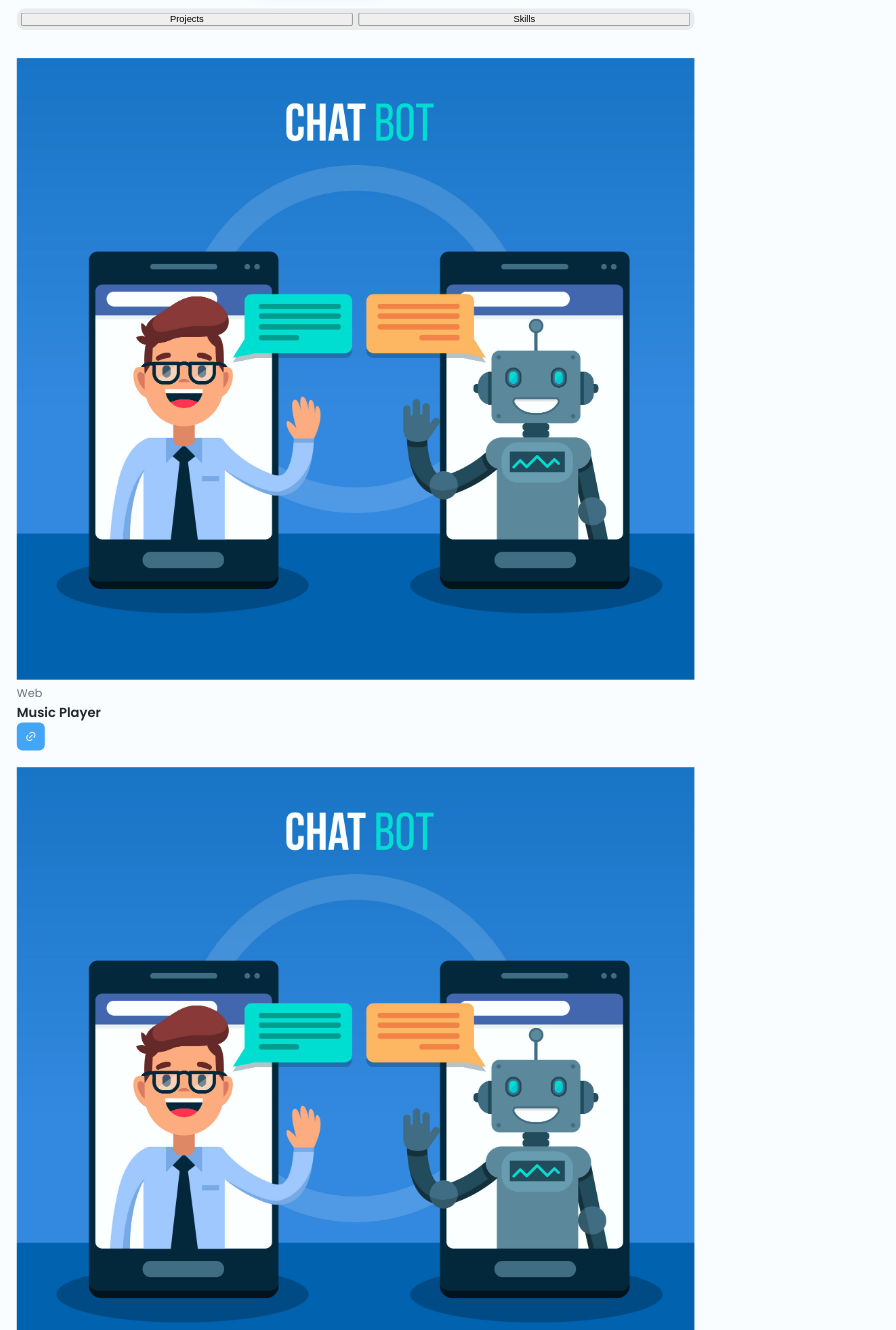
Repository: Kaii-Dev/Porfolio
Page: index.html
The author's editor kept a copy of each file at every save. The page is drawn from the files as they stood at one save, then again after the next save.
The browser window is 1280 px wide. The pictures show the part of the page from y = 490 to 2390 px (the page is 4601 px tall before and 4597 px after), at 70% of full size.
A picture or video elsewhere on the page could not be fetched, so the positions and the page height are approximate. Some web libraries are served in a nearby version.

Above is the page before, as saved 2022-04-12 16:28:33.

### index.html
<!DOCTYPE html>
<html lang="en">
  <head>
    <meta charset="UTF-8" />
    <meta http-equiv="X-UA-Compatible" content="IE=edge" />
    <meta name="viewport" content="width=device-width, initial-scale=1.0" />
    <title>Portfolio</title>
    <link
      href="https://cdn.jsdelivr.net/npm/remixicon@2.2.0/fonts/remixicon.css"
      rel="stylesheet"
    />
    <link rel="stylesheet" href="./Assets/css/app.css" />
  </head>
  <body>
    <!-- HEADER PROFILE -->
    <header class="profile container">
      <div class="profile__container grid">
        <div class="profile__data">
          <div class="profile__border">
            <div class="profile__perfil">
              <img src="./Assets/img/perfil.jpeg" alt="" />
            </div>
          </div>

          <h2 class="profile__name">Khai Le</h2>
          <h3 class="profile__profession">Front-End Developer</h3>
          <ul class="profile__social">
            <a
              href="https://www.linkedin.com/in/le-khai-68b2921b0/"
              target="_blank"
              class="profile__social-link"
            >
              <i class="ri-linkedin-box-line"></i>
            </a>
            <a
              href="https://www.facebook.com/lkakaizy"
              target="_blank"
              class="profile__social-link"
            >
              <i class="ri-facebook-circle-line"></i>
            </a>
            <a
              href="https://github.com/Kaii-Dev"
              target="_blank"
              class="profile__social-link"
            >
              <i class="ri-github-line"></i>
            </a>
          </ul>
        </div>
        <div class="profile__info grid">
          <div class="profile__info group">
            <h3 class="profile__info-number">2</h3>
            <p class="profile__info-description">
              Language <br />
              certification
            </p>
          </div>
          <div class="profile__info group">
            <h3 class="profile__info-number">+10</h3>
            <p class="profile__info-description">
              Completed <br />
              projects
            </p>
          </div>
          <div class="profile__info group">
            <h3 class="profile__info-number">1</h3>
            <p class="profile__info-description">
              University's <br />
              scholarship
            </p>
          </div>
        </div>

        <div class="profile__buttons">
          <!-- insert cv -->
          <a download="" href="./Assets/pdf/" class="button">
            Download CV <i class="ri-download-line"></i>
          </a>

          <div class="profile__buttons-small">
            <!-- insert phone number -->
            <a
              href="tel: 0842454228"
              target="_blank"
              class="button button__small button__gray"
            >
              <i class="ri-phone-line"></i>
            </a>
            <a
              href="https://m.me/lkakaizy"
              target="_blank"
              class="button button__small button__gray"
            >
              <i class="ri-messenger-line"></i>
            </a>
          </div>
        </div>
      </div>
    </header>
    <!-- MAIN -->
    <main class="main">
      <section class="filters container">
        <!-- FILTERS TABS -->
        <ul class="filters__content">
          <button class="filters__button" data-target="#projects">
            Projects
          </button>
          <button class="filters__button" data-target="#skills">Skills</button>
        </ul>
        <div class="filters__sections">
          <!-- PROJECTS -->
          <div class="projects__content grid" data-content id="projects">
            <article>
              <img src="./Assets/img/pic1.jpeg" alt="" class="projects__img" />
              <div class="projects__modal">
                <div class="">
                  <span class="projects__subtitle">Web</span>
                  <h3 class="projects__title">Music Player</h3>
                  <a
                    href="https://kaii-dev.github.io/Music-player/"
                    class="projects__button button button__small"
                  >
                    <i class="ri-link"></i>
                  </a>
                </div>
              </div>
            </article>

            <article>
              <img src="./Assets/img/pic1.jpeg" alt="" class="projects__img" />
              <div class="projects__modal">
                <div class="">
                  <span class="projects__subtitle">Web</span>
                  <h3 class="projects__title">Covid ChatBot</h3>
                  <a
                    href="https://kaii-dev.github.io/Covid-ChatBot/"
                    class="projects__button button button__small"
                  >
                    <i class="ri-link"></i>
                  </a>
                </div>
              </div>
            </article>
            <article>
              <img src="./Assets/img/pic1.jpeg" alt="" class="projects__img" />
              <div class="projects__modal">
                <div class="">
                  <span class="projects__subtitle">Web</span>
                  <h3 class="projects__title">To do list</h3>
                  <a
                    href="https://kaii-dev.github.io/TO-DO-LIST/"
                    class="projects__button button button__small"
                  >
                    <i class="ri-link"></i>
                  </a>
                </div>
              </div>
            </article>

            <article>
              <img src="./Assets/img/pic1.jpeg" alt="" class="projects__img" />
              <div class="projects__modal">
                <div class="">
                  <span class="projects__subtitle">Web</span>
                  <h3 class="projects__title">Assets Management</h3>
                  <a href="" class="projects__button button button__small">
                    <i class="ri-link"></i>
                  </a>
                </div>
              </div>
            </article>
          </div>
          <!-- SKILLS -->
          <div class="skills__content grid" data-content id="skills"></div>
        </div>
      </section>
    </main>
    <!-- FOOTER -->
    <footer class="footer container"></footer>
    <!-- SCROLL REVEAL -->
    <script src="./Assets/js/app.js"></script>
  </body>
</html>

### Assets/css/app.css
/* GOOGLE FONT */
@import url("https://fonts.googleapis.com/css2?family=Poppins:wght@400;500;600&display=swap");
/* VAR CSS */
:root {
  --hue: 207;
  --sat: 90%;
  --lig: 61%;

  --first-color: hsl(var(--hue), var(--sat), var(--lig));
  --first-color-alt: hsl(var(--hue), var(--sat), 57%);
  --title-color: hsl(var(--hue), 12%, 15%);
  --text-color: hsl(var(--hue), 12%, 45%);
  --text-color-light: hsl(var(--hue), 8%, 75%);
  --text-color-lighten: hsl(var(--hue), 8%, 92%);
  --body-color: hsl(var(--hue), 100%, 99%);
  --container-color: #fff;
  /* font and typography */
  --body-font: "Poppins", sans-serif;
  --h2-font-size: 1.25rem;
  --h3-font-size: 1rem;
  --normal-font-size: 0.938rem;
  --small-font-size: 0.813rem;
  --smaller-font-size: 0.75rem;
}

/* responsive  */
@media screen and (min-width: 986px) {
  :root {
    --h2-font-size: 1.5rem;
    --h3-font-size: 1.25rem;
    --normal-font-size: 1rem;
    --small-font-size: 0.875rem;
    --smaller-font-size: 0.813rem;
  }
}
/*  CSS */
*,
*::before,
*::after {
  box-sizing: border-box;
}
* {
  margin: 0;
}

* {
  box-sizing: border-box;
  padding: 0;
  margin: 0;
}

body {
  font-family: var(--body-font);
  font-size: var(--normal-font-size);
  background-color: var(--body-color);
  color: var(--text-color);
  transition: 0.3s; /* For animation dark mode */
}

h1,
h2,
h3 {
  color: var(--title-color);
  font-weight: 600;
}

ul {
  list-style: none;
}

a {
  text-decoration: none;
}

img {
  max-width: 100%;
  height: auto;
}

/* REUSEBALE CSS */

.container {
  max-width: 968px;
  margin-left: 1.5rem;
  margin-right: 1.5rem;
}
.grid {
  display: grid;
  gap: 1.5rem;
}

/* PROFILE */
.profile {
  position: relative;
  padding-top: 3.5rem;
}

.profile__container {
  row-gap: 2rem;
}

.profile__data {
  display: grid;
  text-align: center;
}

.profile__perfil {
  width: 100px;
  height: 100px;
  background: linear-gradient(
    180deg,
    hsla(var(--hue), var(--sat), var(--lig), 1) 0%,
    hsla(var(--hue), var(--sat), var(--lig), 0.2) 100%
  );
  border-radius: 50%;
  overflow: hidden;
  display: flex;
  align-items: flex-end;
  justify-content: center;
}

.profile__perfil img {
  width: 75px;
}

.profile__border {
  border: 3.5px solid var(--first-color);
  justify-self: center;
  border-radius: 50%;
  display: grid;
  place-items: center;
  margin-bottom: 0.75rem;
}

.profile__name {
  font-size: var(--h2-font-size);
}
.profile__profession {
  font-size: var(--smaller-font-size);
  font-weight: 500;
  color: var(--text-color);
  margin-bottom: 1rem;
}

.profile__social {
  display: flex;
  justify-content: center;
  column-gap: 0.75rem;
  padding: 0 0 0 0px;
}

.profile__social-link {
  font-size: 1.25rem;
  color: var(--title-color);
  transition: 0.3s;
}
.profile__social-link:hover {
  color: var(--first-color);
}

.profile__info {
  grid-template-columns: repeat(3, max-content);
  justify-content: center;
  column-gap: 2.5rem;
}

.profile__info-group {
  font-size: var(--normal-font-size);
  margin-bottom: 0.25rem;
}

.profile__info-description {
  font-size: var(--smaller-font-size);
  font-weight: 500;
}
.profile__buttons,
.profile__buttons-small {
  display: flex;
  align-items: center;
  justify-content: center;
}

.profile__buttons {
  column-gap: 1rem;
}
.profile__buttons-small {
  column-gap: 0.25rem;
}
/* BUTTONS */

.button {
  display: inline-flex;
  align-items: center;
  column-gap: 0.5rem;
  background-color: var(--first-color);
  color: #fff;
  padding: 1.15rem 1.5rem;
  border-radius: 0.5rem;
  transition: 0.3s;
  box-shadow: 0 8px 24px hsla(var(--hue), var(--sat), var(--lig), 0.25);
}

.button:hover {
  background-color: var(--first-color-alt);
}

.button__small {
  padding: 0.75rem;
  box-shadow: none;
}

.button__gray {
  background-color: var(--text-color-lighten);
  color: var(--title-color);
}

.button__gray:hover {
  background-color: var(--text-color-ligh);
  color: var(--title-color);
}

/* FILTERS TABS */
.filters__content {
  margin: 2rem 0 2.5rem;
  background-color: var(--text-color-lighten);
  padding: 0.375rem;
  border-radius: 0.75rem;
  display: flex;
  justify-content: space-between;
  column-gap: 0.5rem;
}

.filters__button{
   width: 100%;
   border: no;
}

Loaded but not shown: Assets/js/app.js (no copy from this time; the picture is the same without it)

After the next save:
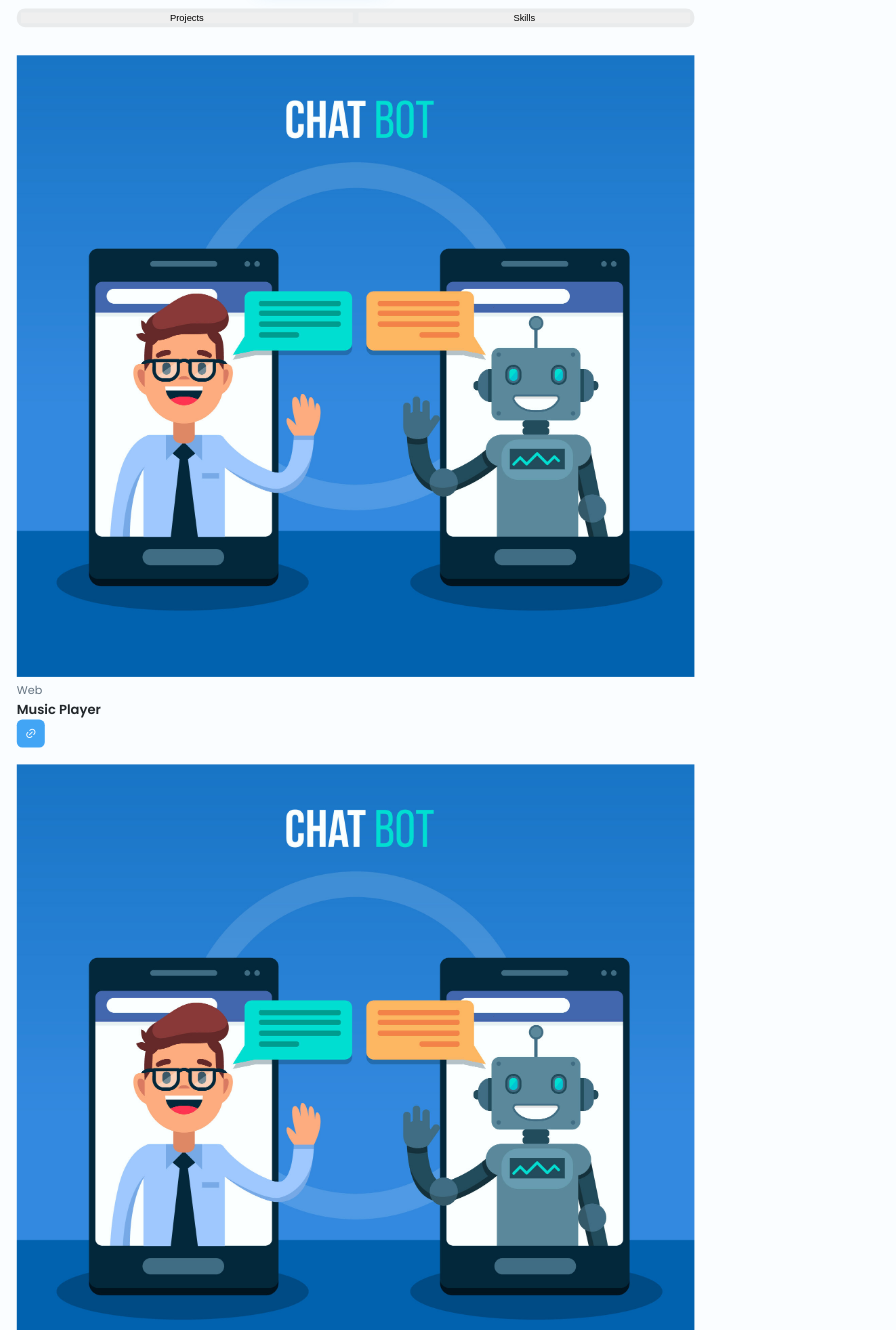
Saved 6 s later.
--- a/Assets/css/app.css
+++ b/Assets/css/app.css
@@ -232,5 +232,6 @@ img {
 
 .filters__button{
    width: 100%;
-   border: no;
-}
+   border: none;
+   outline: none;
+}
